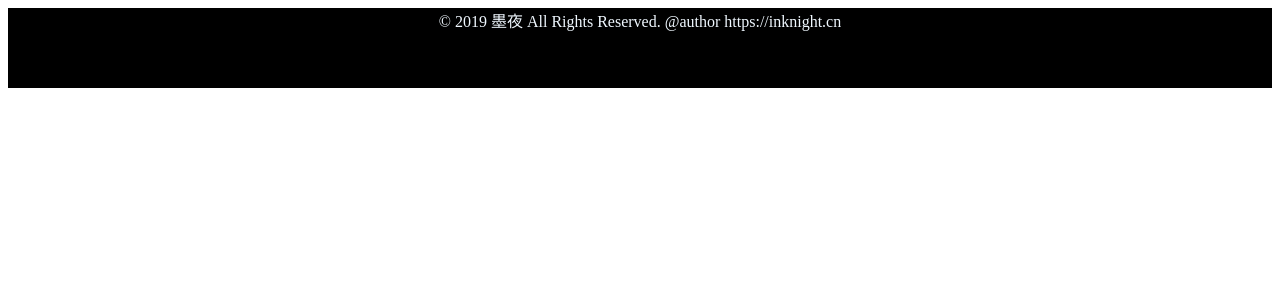
Repository: inkn/Blog
Page: views/_partials/footer.html
An editor plug-in stored every save of this project. The page is shown before and after the next save, followed by the edit.
The browser window is 1280 px wide. The pictures show the whole page.

Above is the page before, as saved 2019-04-11 20:32:14.

### views/_partials/footer.html
<div style="height: 80px;
background-color: #000;color:aliceblue;text-align: center;">© 2019 墨夜 All Rights Reserved.        @author https://inknight.cn</div>

After the next save:
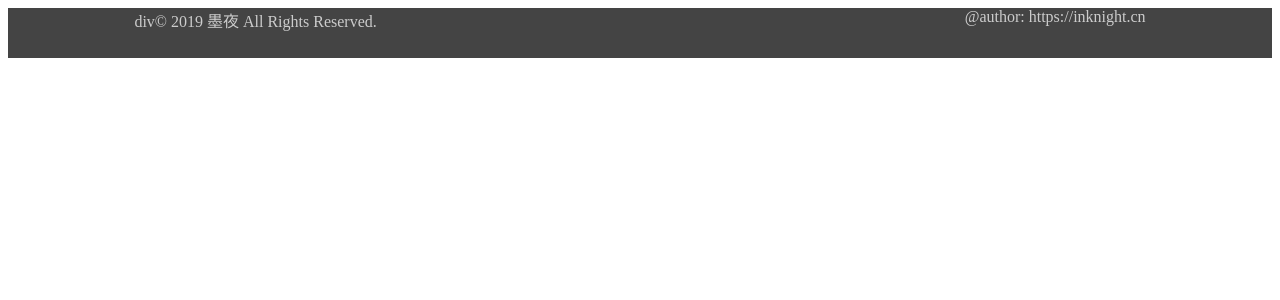
Saved 3 min 46 s later.
--- a/views/_partials/footer.html
+++ b/views/_partials/footer.html
@@ -1,2 +1,3 @@
-<div style="height: 80px;
-background-color: #000;color:aliceblue;text-align: center;">© 2019 墨夜 All Rights Reserved.        @author https://inknight.cn</div>
+<div style="height: 50px;
+background-color: #444;color:ccc;text-align: center;">
+<div style="height: 50px;float:left;margin-left: 10%">div© 2019 墨夜 All Rights Reserved.</div>        <div style="float:right;height: 50px;margin-right: 10%">@author: https://inknight.cn</div></div>
